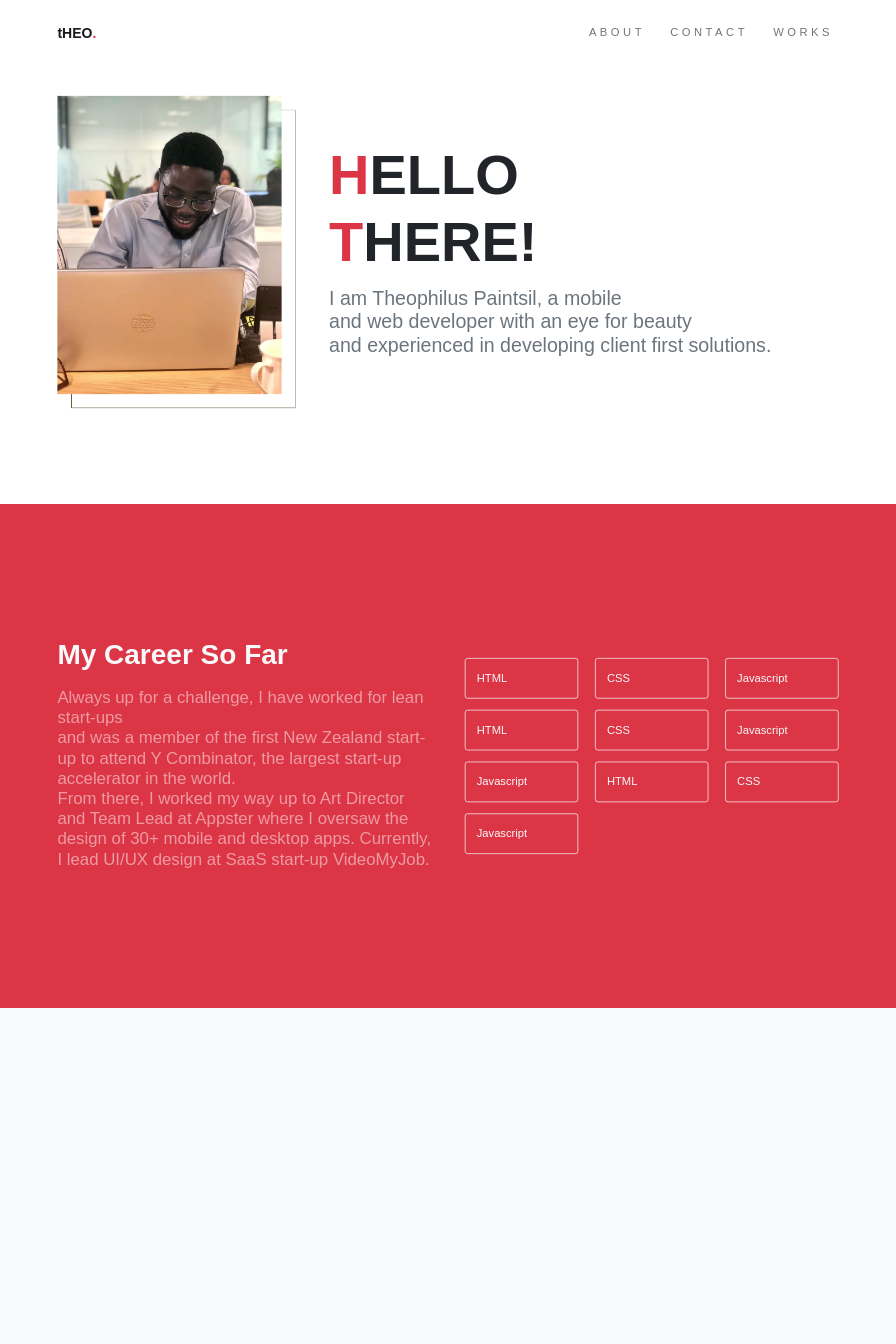
Repository: tHEO2k17/portfolio
Page: /
An editor plug-in stored every save of this project. The page is shown before and after the next save, followed by the edit.
The browser window is 1280 px wide. The pictures show the part of the page from y = 0 to 1920 px (the page is 3000 px tall), at 70% of full size.
The project was rebuilt for these pictures with package versions that can differ from the ones it lists, and the page was loaded fresh each time.

Above is the page before, as saved 2021-07-22 11:13:19.

### public/index.html
<!DOCTYPE html>
<html lang="en">
  <head>
    <meta charset="utf-8" />
    <link rel="icon" href="%PUBLIC_URL%/favicon.ico" />
    <meta name="viewport" content="width=device-width, initial-scale=1" />
    <meta name="theme-color" content="#000000" />
    <meta
      name="description"
      content="Web site created using create-react-app"
    />
    <link rel="apple-touch-icon" href="%PUBLIC_URL%/logo192.png" />
    <link rel="manifest" href="%PUBLIC_URL%/manifest.json" />
    <title>Theophilus Paintsil - Portfolio</title>
  </head>
  <body>
    <noscript>You need to enable JavaScript to run this app.</noscript>
    <div id="root"></div>
  </body>
</html>

### src/index.tsx
import React from 'react';
import ReactDOM from 'react-dom';
import './index.scss';
import App from './presentation/App';

ReactDOM.render(
  <React.StrictMode>
    <App />
  </React.StrictMode>,
  document.getElementById('root')
);

### src/index.scss
@import '~bootstrap/scss/bootstrap.scss';

body{
    font-family: Arial, Helvetica, sans-serif;
}
// Navbar
.navbar-light .navbar-nav{
    padding: 1.2rem 0rem;
}

.navbar-light .navbar-nav .nav-link {
   letter-spacing: 5px;
//    font-size: 14px;
}

.navbar-light .navbar-nav .nav-link:not(:last-child) {
    margin-right: 20px;
 }

### src/presentation/App.tsx
import React from 'react';
import { Switch, Route, BrowserRouter as Router, } from 'react-router-dom';
import HomePage from './pages/HomePage';

function App() {
  return (
    <Router>
      <Switch>
        <Route exact path="/" component={HomePage} />
      </Switch>
    </Router>
  );
}

export default App;

### src/presentation/pages/HomePage.tsx
import { Col, Container, Nav, Navbar, Row, Image, Card } from "react-bootstrap";

export default function HomePage() {

    return (
        <>
            <Navbar expand="lg" fixed="top" variant="light">
                <Container>
                    <Navbar.Brand href="#home">
                        <span className="fw-bold">tHEO<b className="text-danger">.</b></span>
                    </Navbar.Brand>
                    <Navbar.Toggle />
                    <Navbar.Collapse>
                        <Nav className="ms-auto">
                            <Nav.Link href="#home">ABOUT</Nav.Link>
                            <Nav.Link href="#home">CONTACT</Nav.Link>
                            <Nav.Link href="#link">WORKS</Nav.Link>
                        </Nav>
                    </Navbar.Collapse>
                </Container>
            </Navbar>

            <header className="min-vh-100">
                <Container>
                    <Row className="align-items-center min-vh-100 my-auto gx-5">
                        <Col md="4"> <Image src="assets/images/theo.png" fluid /> </Col>
                        <Col>
                            <h1 className="display-1 fw-bold">
                                <b className="text-danger">H</b>ELLO <br />
                                <b className="text-danger">T</b>HERE!
                            </h1>
                            <h3 className="fw-light text-muted mt-3">
                                I am Theophilus Paintsil, a mobile <br />
                                and web developer with an eye for beauty <br />
                                and experienced in developing client first solutions.
                            </h3>
                        </Col>
                    </Row>
                </Container>
            </header>

            <section className="bg-danger min-vh-100">
                {/* skills and tools */}
                <Container>
                    <Row className="align-items-center min-vh-100 my-auto gx-5 text-light">
                        <Col>
                            <h1 className="fw-bold">My Career So Far</h1>
                            <h4 className="text-white-50 mt-4">
                                Always up for a challenge, I have worked for lean start-ups<br />
                                and was a member of the first New Zealand start-up to attend Y Combinator,
                                the largest start-up accelerator in the world. <br />
                                From there, I worked my way up to Art Director and Team Lead at Appster where
                                I oversaw the design of 30+ mobile and desktop apps. Currently,
                                I lead UI/UX design at SaaS start-up VideoMyJob.
                            </h4>
                        </Col>
                        <Col>
                            <Row md="3" className="gy-3">
                                <Col>
                                    <Card border="light" bg="danger">
                                        <Card.Body>HTML</Card.Body>
                                    </Card>
                                </Col>
                                <Col>
                                    <Card border="light" bg="danger">
                                        <Card.Body>CSS</Card.Body>
                                    </Card>
                                </Col>
                                <Col>
                                    <Card border="light" bg="danger">
                                        <Card.Body>Javascript</Card.Body>
                                    </Card>
                                </Col>
                                <Col>
                                    <Card border="light" bg="danger">
                                        <Card.Body>HTML</Card.Body>
                                    </Card>
                                </Col>
                                <Col>
                                    <Card border="light" bg="danger">
                                        <Card.Body>CSS</Card.Body>
                                    </Card>
                                </Col>
                                <Col>
                                    <Card border="light" bg="danger">
                                        <Card.Body>Javascript</Card.Body>
                                    </Card>
                                </Col>
                                <Col>
                                    <Card border="light" bg="danger">
                                        <Card.Body>Javascript</Card.Body>
                                    </Card>
                                </Col>
                                <Col>
                                    <Card border="light" bg="danger">
                                        <Card.Body>HTML</Card.Body>
                                    </Card>
                                </Col>
                                <Col>
                                    <Card border="light" bg="danger">
                                        <Card.Body>CSS</Card.Body>
                                    </Card>
                                </Col>
                                <Col>
                                    <Card border="light" bg="danger">
                                        <Card.Body>Javascript</Card.Body>
                                    </Card>
                                </Col>
                            </Row>
                        </Col>
                    </Row>
                </Container>
            </section>

            <section className="bg-light min-vh-100">
                {/* employment history */}
            </section>

            <section className="bg-light min-vh-100">
                {/* work gallery */}
            </section>

            <footer className="bg-dark text-white">
                <Container className="py-5">
                    <Row>
                        <Col>&copy; {new Date().getFullYear()} Theophilus Paintsil. All rights reserved </Col>
                    </Row>
                </Container>
            </footer>

        </>
    );
}

After the next save:
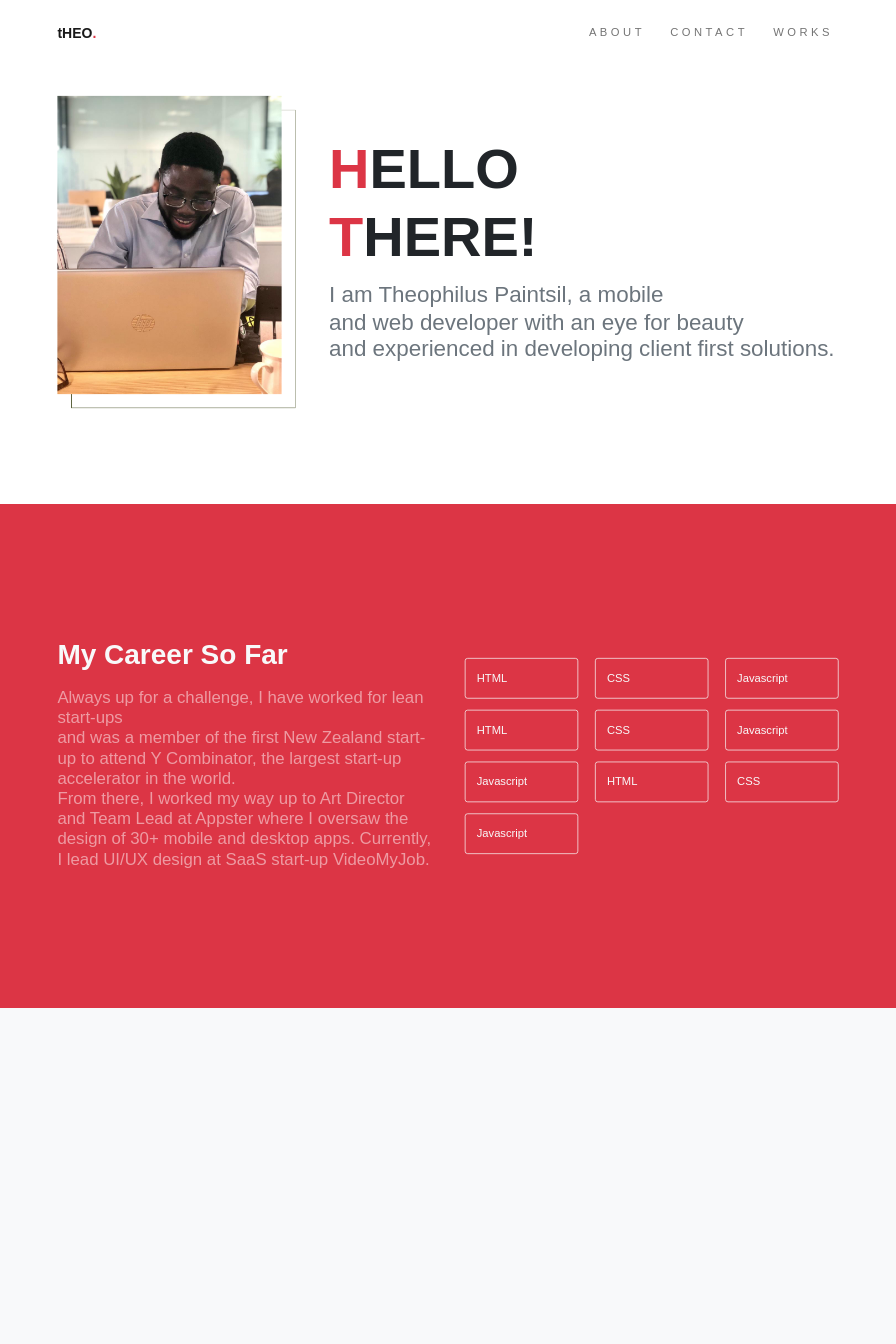
Saved 7 s later.
--- a/src/presentation/pages/HomePage.tsx
+++ b/src/presentation/pages/HomePage.tsx
@@ -29,11 +29,11 @@ export default function HomePage() {
                                 <b className="text-danger">H</b>ELLO <br />
                                 <b className="text-danger">T</b>HERE!
                             </h1>
-                            <h3 className="fw-light text-muted mt-3">
+                            <h2 className="fw-light text-muted mt-3">
                                 I am Theophilus Paintsil, a mobile <br />
                                 and web developer with an eye for beauty <br />
                                 and experienced in developing client first solutions.
-                            </h3>
+                            </h2>
                         </Col>
                     </Row>
                 </Container>
